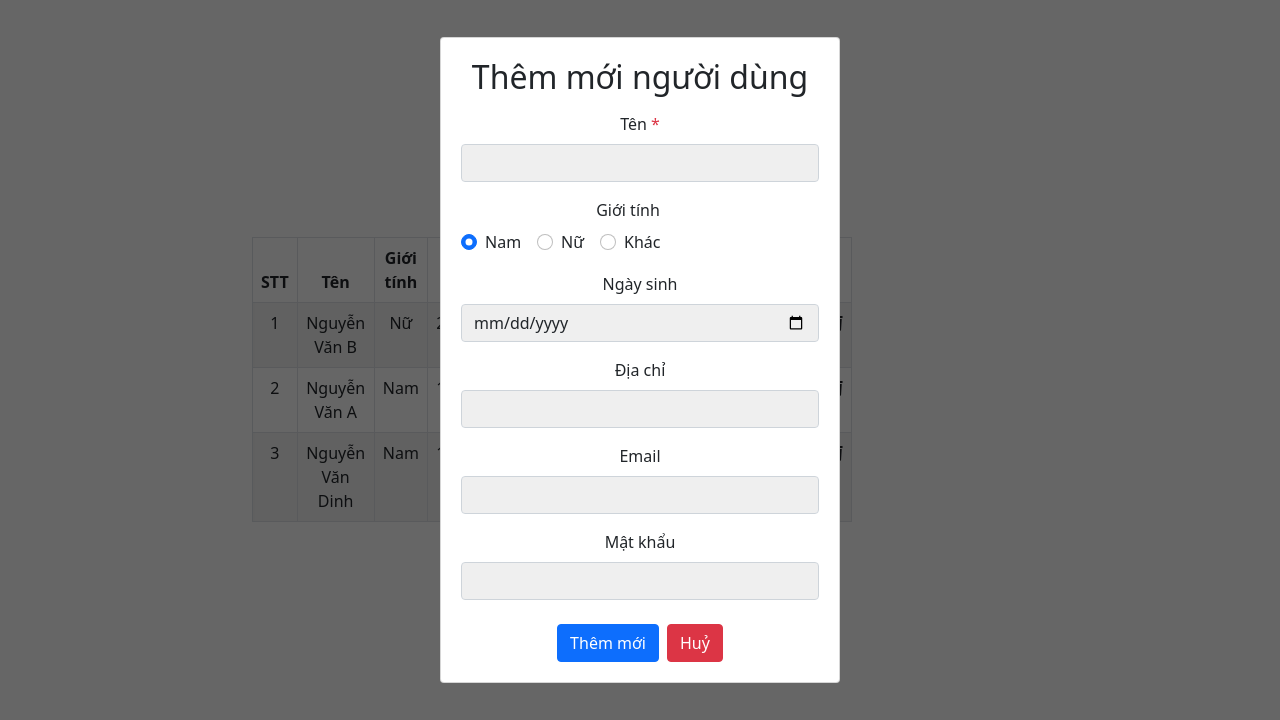
Repository: TinhTT336/MD02_Session12
Page: / (app in client/), after clicking the first element matching `button.btn`
The author's editor kept a copy of each file at every save. The page is drawn from the files as they stood at one save, then again after the next save.
The browser window is 1280 px wide. The pictures show the whole page.
The project was rebuilt for these pictures with package versions that can differ from the ones it lists, and the page was loaded fresh each time. Requests to the local data server were answered from the project's data file. Also part of the build but not shown: client/vite.config.js, client/src/utils/formatData.js, client/src/components/admin/manager-product/FormAdd.jsx, client/src/components/admin/manager-product/FormEdit.jsx, client/src/pages/product/ListProduct.jsx, client/src/components/admin/manager-user/FormEditUser.jsx.

Above is the page before, as saved 2023-09-12 08:47:05.

### client/index.html
<!DOCTYPE html>
<html lang="en">
  <head>
    <meta charset="UTF-8" />
    <link rel="icon" type="image/svg+xml" href="/vite.svg" />
    <meta name="viewport" content="width=device-width, initial-scale=1.0" />
    <title>Vite + React</title>
    <link
      href="https://cdn.jsdelivr.net/npm/bootstrap@5.0.2/dist/css/bootstrap.min.css"
      rel="stylesheet"
      integrity="sha384-EVSTQN3/azprG1Anm3QDgpJLIm9Nao0Yz1ztcQTwFspd3yD65VohhpuuCOmLASjC"
      crossorigin="anonymous"
    />
    <link
      rel="stylesheet"
      href="https://cdnjs.cloudflare.com/ajax/libs/font-awesome/6.4.2/css/all.min.css"
      integrity="sha512-z3gLpd7yknf1YoNbCzqRKc4qyor8gaKU1qmn+CShxbuBusANI9QpRohGBreCFkKxLhei6S9CQXFEbbKuqLg0DA=="
      crossorigin="anonymous"
      referrerpolicy="no-referrer"
    />
  </head>
  <body>
    <div id="root"></div>
    <script type="module" src="/src/main.jsx"></script>
  </body>
</html>

### client/src/App.jsx
import { useState } from 'react'
import reactLogo from './assets/react.svg'
import viteLogo from '/vite.svg'
import './App.css'
import ListProduct from './pages/product/ListProduct'
import ListUser from './pages/admin/ListUser'

function App() {
  const [count, setCount] = useState(0)

  return (
    <>
      {/* <ListProduct /> */}
      <ListUser />
    </>
  )
}

export default App

### client/src/pages/admin/ListUser.jsx
import React, { useEffect, useState } from 'react';
import axios from 'axios';// khong co dau ngoac nhon
import { notification } from 'antd';
import FormAddUser from '../../components/admin/manager-user/FormAddUser';
import FormEditUser from '../../components/admin/manager-user/FormEditUser';

export default function ListUser() {
    const [users, setUsers] = useState([]);
    const [show, setShow] = useState(false);
    const [showEdit, setShowEdit] = useState(false);
    const [idEdit, setIdEdit] = useState(null);
    // goi API lấy tất cả thông tin
    const loadData = () => {
        axios.get("http://localhost:8000/users")
            .then(response => setUsers(response.data))
            .catch(error => console.log(error))
    }

    useEffect(() => {
        loadData();
    }, [])

    // ham xoa du lieu
    const handleDelete = (id) => {
        axios.delete(`http://localhost:8000/users/${id}`)
            .then(response => {
                if (response.status === 200) {
                    notification.success({
                        message: "Thành công!",
                        description: "Xoá tài khoản thành công"
                    });
                    loadData();
                }
            })
            .catch(error => console.log(error))
    }

    // ham hien form them moi
    const handleShow = () => {
        setShow(true);
    }

    // ham dong form them moi
    const handleClose = () => {
        setShow(false);
    }

    // ham hien form edit
    const handleShowEdit = (id) => {
        setShowEdit(true);
        setIdEdit(id);
    }

    // ham dong form edit
    const handleCloseEdit = () => {
        setShowEdit(false);
    }
    return (
        <>
            {/* Form them moi */}
            {show && <FormAddUser handleClose={handleClose} loadData={loadData} />}
            {/* Form edit */}
            {showEdit && <FormEditUser handleCloseEdit={handleCloseEdit} loadData={loadData} idEdit={idEdit} />}
            <div className='container w-75 d-flex align-items-center justify-content-center flex-column m-3'>
                <div className=''>
                    <button onClick={handleShow} className='btn btn-primary mb-3'>+ Thêm mới tài khoản</button>
                </div>
                <table className='table table-striped table-hover table-bordered'>
                    <thead>
                        <tr>
                            <th style={{ textAlign: "center" }} scope='col'>STT</th>
                            <th style={{ textAlign: "center" }} scope='col'>Tên</th>
                            <th style={{ textAlign: "center" }} scope='col'>Giới tính</th>
                            <th style={{ textAlign: "center" }} scope='col'>Ngày sinh</th>
                            <th style={{ textAlign: "center" }} scope='col'>Địa chỉ</th>
                            <th style={{ textAlign: "center" }} scope='col'>Email</th>
                            <th style={{ textAlign: "center" }} scope='col' colSpan={2}>Chức năng</th>
                        </tr>
                    </thead>
                    <tbody>
                        {users.map((user, index) => (
                            <tr key={user.id}>
                                <td>{index + 1}</td>
                                <td>{user.user_name}</td>
                                <td>{user.gender === 0 ? "Nam" : (user.gender === 1 ? "Nữ" : "Khác")}</td>
                                <td>{user.dateOfBirth}</td>
                                <td>{user.address}</td>
                                <td>{user.email}</td>
                                <td onClick={() => handleShowEdit(user.id)}><i className="fa-solid fa-pen-to-square "></i></td>
                                <td onClick={() => handleDelete(user.id)}><i className="fa-solid fa-trash "></i></td>
                            </tr>
                        ))}
                    </tbody>
                </table>
            </div>
        </>
    )
}

### client/src/components/admin/manager-user/FormAddUser.jsx
import { notification } from 'antd';
import axios from 'axios';
import React, { useState } from 'react'

export default function FormAddUser({ handleClose, loadData }) {
    const [gender, setGender] = useState(0);

    // danh sach gender
    const listGender = [
        {
            id: 0,
            title: "Nam"
        },
        {
            id: 1,
            title: "Nữ"
        },
        {
            id: 2,
            title: "Khác"
        }
    ]

    const [user, setUser] = useState({
        user_name: '',
        gender: 0,
        dateOfBirth: "",
        email: '',
        address: "",
        password: ''
    });

    // ham lay du lieu tu o input
    const handleChange = (e) => {
        const { value, name } = e.target;
        setUser({ ...user, [name]: value })
    }

    // ham submit du lieu
    const handleSubmit = (e) => {
        e.preventDefault();
        if (user_name !== "" && dateOfBirth !== "" & email !== "" && address !== "" && password !== "") {
            // goi API thêm
            axios.post("http://localhost:8000/users", { ...user, gender: gender })
                .then(response => {
                    if (response.status === 201) {
                        // hien thi thong bao
                        notification.success({
                            message: "Thành công",
                            description: "Thêm mới người dùng thành công"
                        });
                        handleClose();
                        loadData();
                    }
                })
                .catch(error => {
                    if (error.response.data === "Email already exists") {
                        notification.error({
                            message: "Cảnh báo",
                            description: "Email đã tồn tại trong hệ thống"
                        })
                    } else {
                        notification.error({
                            message: "Cảnh báo",
                            description: "Lỗi hệ thống"
                        })
                    }
                })
        }
    }



    return (
        <>
            <div className='product-container'>
                <form onSubmit={handleSubmit} className='form-container'>
                    <div className='mb-3'>
                        <h2>Thêm mới người dùng </h2>
                    </div>
                    <div className="mb-3 mt-3">
                        <label htmlFor="user_name" className="form-label">
                            Tên <span className="text-danger">*</span>
                        </label>
                        <input type="text" className="form-control" name="user_name" id="user_name" onChange={handleChange} />
                    </div>
                    <div className='d-flex flex-column'>
                        <label htmlFor="gender" className="form-label me-4">
                            Giới tính
                        </label>
                        <div className='d-flex'>
                            {listGender.map(g => (
                                <div className="form-check me-3" key={g.id}>
                                    <input
                                        className="form-check-input"
                                        type="radio" checked={g.id === gender}
                                        name="gender" onChange={() => setGender(g.id)}
                                    />
                                    <label className="form-check-label" htmlFor="gender">{g.title}</label>
                                </div>
                            ))}
                        </div>
                    </div>

                    <div className="mb-3 mt-3">
                        <label htmlFor="dateOfBirth" className="form-label">
                            Ngày sinh
                        </label>
                        <input type="date" className="form-control" name="dateOfBirth" id="dateOfBirth" onChange={handleChange} />
                    </div>
                    <div className="mb-3">
                        <label htmlFor="address" className="form-label">
                            Địa chỉ
                        </label>
                        <input type="text" className="form-control" name='address' id='address' onChange={handleChange} />
                    </div>
                    <div className="mb-3">
                        <label className="form-label" htmlFor="email">
                            Email
                        </label>
                        <input type="email" className="form-control" name='email' id='email' onChange={handleChange} />
                    </div>
                    <div className="mb-4">
                        <label className="form-label" htmlFor="password">
                            Mật khẩu
                        </label>
                        <input type="password" className="form-control" name='password' id='password' onChange={handleChange} />
                    </div>
                    <button type="submit" className="btn btn-primary me-2">
                        Thêm mới
                    </button>
                    <button onClick={handleClose} type="button" className="btn btn-danger">
                        Huỷ
                    </button>
                </form>

            </div>

        </>
    )
}

### client/src/components/admin/manager-product/product.css
.product-container {
  position: fixed;
  bottom: 0;
  top: 0;
  right: 0;
  left: 0;
  background: rgba(0, 0, 0, 0.6);
  display: flex;
  align-items: center;
  justify-content: center;
  min-height: 100vh;
}
.form-container {
  width: 400px;
  padding: 20px;
  background-color: #fff;
  border: 1px solid #3333;
  border-radius: 4px;
}
.form-control {
  background-color: #efefef;
}

### server/db.json
{
  "users": [
    {
      "email": "ba@gmail.com",
      "password": "$2a$10$dR3OnjgY62k9wRyVo5LbNeqOKyZL54t2fqGn3sQJJPeKdv6eA7BPC",
      "user_name": "Nguyễn Văn B",
      "gender": 1,
      "address": "Hà Nội ",
      "dateOfBirth": "20/01/2004",
      "id": 1
    },
    {
      "email": "nguyenvana@gmail.com",
      "password": "$2a$10$19Cnt/n/J/yqyoAFKDjy4.HmmO9ZH/8PjB0.suBV3eBKrZBomKi1O",
      "user_name": "Nguyễn Văn A",
      "gender": 0,
      "dateOfBirth": "11/11/2000",
      "address": "Ha Nam",
      "id": 2
    },
    {
      "email": "nguyenvand@gmail.com",
      "password": "$2a$10$Tz6cvrc/vgRS4QnEr.4qZ.fK3iOzyYLpUpImKREPYkv/5n3Y6PAG2",
      "user_name": "Nguyễn Văn Dinh",
      "gender": 0,
      "dateOfBirth": "11/11/2000",
      "address": "Thai Binh",
      "id": 3
    }
  ],
  "products": [
    {
      "id": 1,
      "product_name": "Cam sanh",
      "price": 20000,
      "from": "mien Tay"
    },
    {
      "id": 2,
      "product_name": "Cam vàng",
      "price": 40000,
      "from": "mien Tay"
    },
    {
      "product_name": "Chôm chôm",
      "price": 35000,
      "from": "Miền Nam",
      "id": 5
    },
    {
      "product_name": "Ổi hồng",
      "price": 40000,
      "from": "Miền Nam",
      "id": 6
    },
    {
      "product_name": "Bưởi da xanh",
      "price": 56000,
      "from": "Miền Nam",
      "id": 7
    }
  ]
}

Loaded but not shown: client/src/main.jsx (common file); client/src/index.css (common file); client/src/App.css (common file)

After the next save:
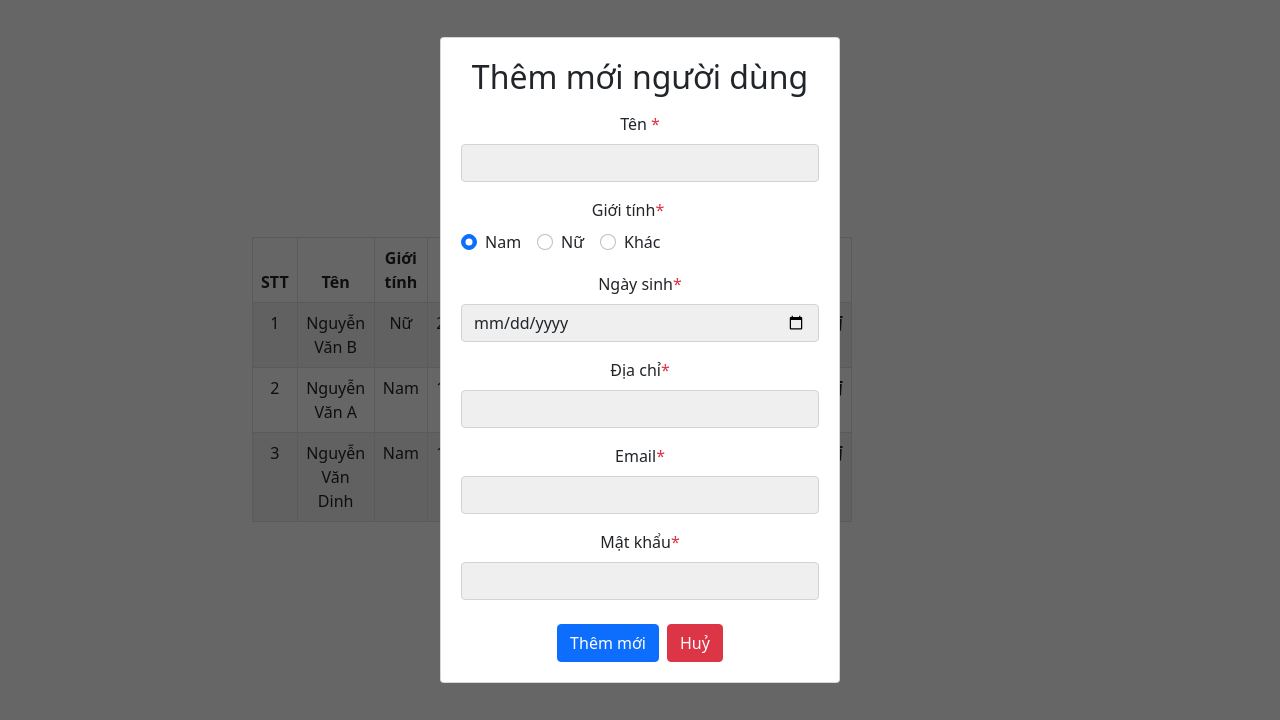
Saved 14 s later.
--- a/client/src/components/admin/manager-user/FormAddUser.jsx
+++ b/client/src/components/admin/manager-user/FormAddUser.jsx
@@ -86,7 +86,7 @@ export default function FormAddUser({ handleClose, loadData }) {
                     </div>
                     <div className='d-flex flex-column'>
                         <label htmlFor="gender" className="form-label me-4">
-                            Giới tính
+                            Giới tính<span className="text-danger">*</span>
                         </label>
                         <div className='d-flex'>
                             {listGender.map(g => (
@@ -104,25 +104,25 @@ export default function FormAddUser({ handleClose, loadData }) {
 
                     <div className="mb-3 mt-3">
                         <label htmlFor="dateOfBirth" className="form-label">
-                            Ngày sinh
+                            Ngày sinh<span className="text-danger">*</span>
                         </label>
                         <input type="date" className="form-control" name="dateOfBirth" id="dateOfBirth" onChange={handleChange} />
                     </div>
                     <div className="mb-3">
                         <label htmlFor="address" className="form-label">
-                            Địa chỉ
+                            Địa chỉ<span className="text-danger">*</span>
                         </label>
                         <input type="text" className="form-control" name='address' id='address' onChange={handleChange} />
                     </div>
                     <div className="mb-3">
                         <label className="form-label" htmlFor="email">
-                            Email
+                            Email<span className="text-danger">*</span>
                         </label>
                         <input type="email" className="form-control" name='email' id='email' onChange={handleChange} />
                     </div>
                     <div className="mb-4">
                         <label className="form-label" htmlFor="password">
-                            Mật khẩu
+                            Mật khẩu<span className="text-danger">*</span>
                         </label>
                         <input type="password" className="form-control" name='password' id='password' onChange={handleChange} />
                     </div>
